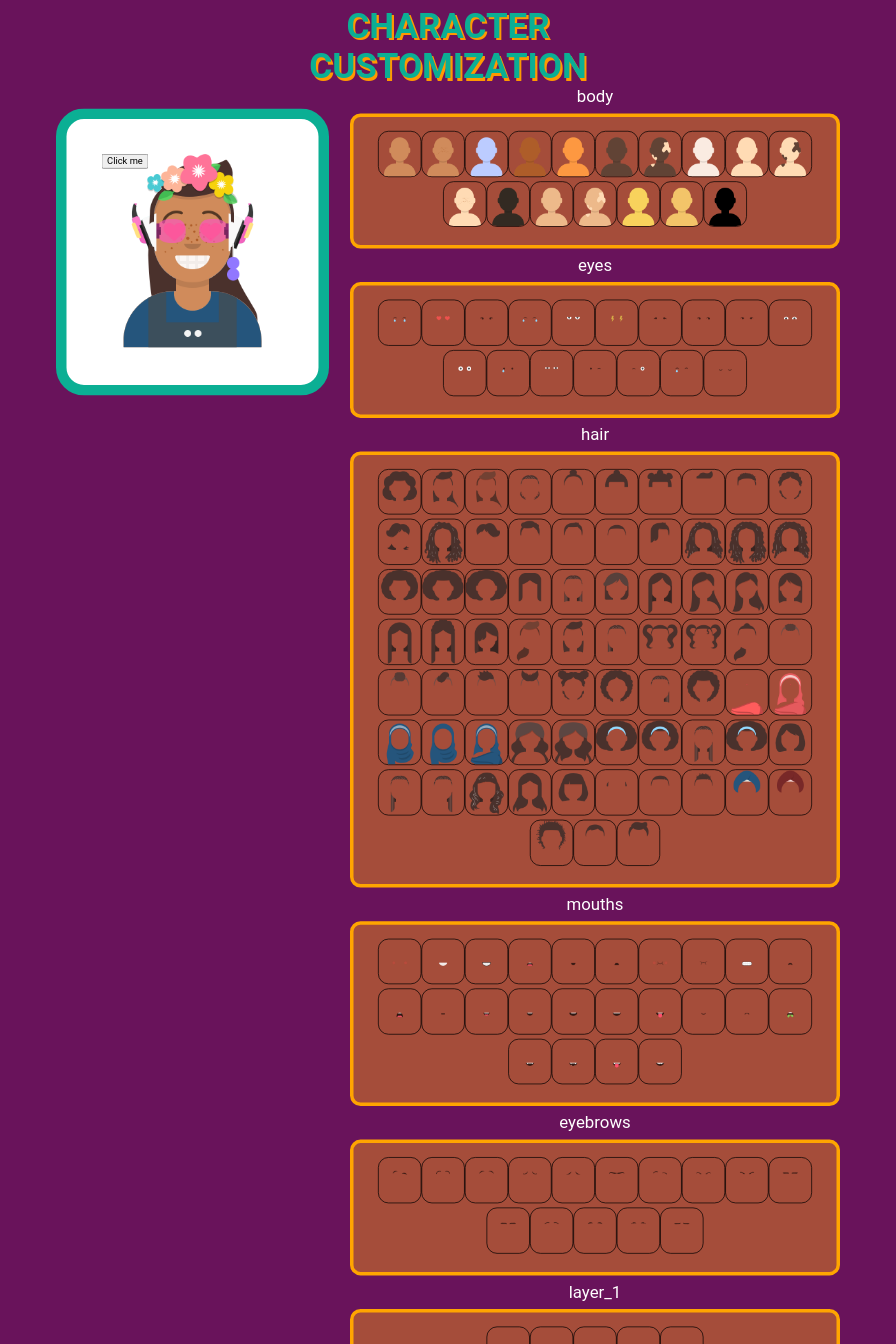
Repository: Kamaric112/react_clothing
Page: /
The author's editor kept a copy of each file at every save. The page is drawn from the files as they stood at one save, then again after the next save.
The browser window is 1280 px wide. The pictures show the part of the page from y = 0 to 1920 px (the page is 3287 px tall), at 70% of full size.
The project was rebuilt for these pictures with package versions that can differ from the ones it lists, and the page was loaded fresh each time.

Above is the page before, as saved 2022-08-29 21:05:48.

### src/index.js
import React from "react";
import ReactDOM from "react-dom/client";
import App from "./components/App";

const root = ReactDOM.createRoot(document.getElementById("root"));

root.render(<App />);

### src/components/App.js
import React from "react";
import Header from "./Header";
import "./App.css";
import Avatar from "./Avatar";
import PartList from "./PartList";
import {useState} from "react"

const total = {
  body: 17,
  eyes: 17,
  hair: 73,
  mouths: 24,
  eyebrows: 15,
  hats: 28,
  glasses: 17,
  clothing1: 5,
  clothing2: 5,
  clothing3: 9,
};

function App() {


const [eyes, setEyes] = useState(2)
const [body, setBody] = useState(2)
const [layer_1, setLayer_1] = useState(2)
const [layer_2, setLayer_2] = useState(2)
const [layer_3, setLayer_3] = useState(2)
const [mouths, setMouths] = useState(2)
const [glasses, setGlasses] = useState(2)
const [hair, setHair] = useState(2)
const [eyebrows, setEyebrows] = useState(2)

const [earrings, setEarrings] = useState(2)
const [hats, setHats] = useState(2)
const randomize = () => {
    setBody(Math.floor((Math.random() * total.body )+1));
		setEyes(Math.floor((Math.random() * total.eyes)+1));
		setEyebrows(Math.floor((Math.random() * total.eyebrows)+1));
		setHair(Math.floor((Math.random() * total.hair)+1));
		setMouths(Math.floor((Math.random() * total.mouths)+1));
		setGlasses(Math.floor((Math.random() * total.glasses)+1));
		setLayer_1(Math.floor((Math.random() * total.clothing1)+1));
		setLayer_2(Math.floor((Math.random() * total.clothing2)+1));
		setLayer_3(Math.floor((Math.random() * total.clothing3)+1));
    setHats(Math.floor((Math.random() * total.hats)+1));

}




const handleClick = (e) => {
  console.log(e.target.src) //change states when clicked corresponding clothing
  const imageUrl = e.target.src
  console.log(imageUrl.split('/').pop().split('.')[0]) // split the src based on "/" then remove the last element, then split that element based on "." then choose the 1st element
}



  return (
    <div className="App">
      <Header />
      <div className="total-style">
        <Avatar eyes = {eyes} body = {body} layer_1 = {layer_1} layer_2 = {layer_2} layer_3 ={layer_3} mouths = {mouths} glasses = {glasses} hair = {hair} earrings = {earrings} hats = {hats} eyebrows= {eyebrows} randomize = {randomize}/>


        <div>
        <PartList type = "body" total ="17" index = "1" handleClick={(e) => setBody(e.target.src.split('/').pop().split('.')[0])} />
        <PartList type = "eyes" total ="17" index = "1" handleClick={(e) => setEyes(e.target.src.split('/').pop().split('.')[0])}/>
        <PartList type = "hair" total ="73" index = "1" handleClick={(e) => setHair(e.target.src.split('/').pop().split('.')[0])}/>
        <PartList type = "mouths" total ="24" index = "1" handleClick={(e) => setMouths(e.target.src.split('/').pop().split('.')[0])}/>
        <PartList type = "eyebrows" total ="15" index = "1" handleClick={(e) => setEyebrows(e.target.src.split('/').pop().split('.')[0])}/>
        <PartList type = "layer_1" total ="5" index = "1" handleClick={(e) => setLayer_1(e.target.src.split('/').pop().split('.')[0])}/>
        <PartList type = "layer_2" total ="5" index = "1" handleClick={(e) => setLayer_2(e.target.src.split('/').pop().split('.')[0])}/>
        <PartList type = "layer_3" total ="9" index = "1" handleClick={(e) => setLayer_3(e.target.src.split('/').pop().split('.')[0])}/>
        <PartList type = "earrings" total ="32" index = "1" handleClick={(e) => setEarrings(e.target.src.split('/').pop().split('.')[0])}/>
        <PartList type = "hats" total ="28" index = "1" handleClick={(e) => setHats(e.target.src.split('/').pop().split('.')[0])} />
        <PartList type = "glasses" total ="17" index = "1" handleClick={(e) => setGlasses(e.target.src.split('/').pop().split('.')[0])}/>

        </div>


      </div>
    </div>
  );
}

export default App;

### src/components/Header.js
import React from "react";

function Header() {
  return (
    <>
      <div className="title">CHARACTER</div>
      <div className="subtitle">CUSTOMIZATION</div>
    </>
  );
}

export default Header;

### src/components/App.css
*,
*::after,
*::before {
  box-sizing: content-box;
  font-family: "Roboto", sans-serif;
}

body {
	background-color: rgb(105, 19, 91);
}

.App {
	max-width: 1200px;
	margin: 0 auto;
	display: flex;
	flex-direction: column;
	align-items: center;
}

.subtitle,
.title {
  text-align: center;
}

.title,
.subtitle {
  color: #0baf94;
  font-size: 50px;
  font-weight: 700;
  text-shadow: 3px 3px #f90;
}

.total-style {
  display: flex;

  justify-content: center;
  gap: 30px;
}

.avatar {
	width: 260px;
	height: 280px;
	position: relative;
}

.avatar-wrapper {
	border-radius: 40px;
	display: inline-block;
	border: 15px solid rgb(11, 175, 148);
	padding: 50px;
	position: sticky;
	background-color: #fff;
	top: calc(50% - 205px);
}

.list-section {
  max-width: 700px;
  text-align: center;
}

.partlist {
  display: flex;
  flex-direction: column;

}

.partlist div {
  color: white;
  font-size: 1.5rem;
}
.list {
  gap: 1rem;
  background-color: rgba(255,166,9,.4);
  border: 5px solid orange;
  border-radius: 15px;
  flex-wrap: wrap;
  margin: 10px 0;
  padding: 20px;
}

.list img {
  border: 1px solid black;
  border-radius: 15px
}

.list img:hover {
  background-color: #798885;
}

### src/components/Avatar.js
import React from 'react'
import Part from './Part'

function Avatar({eyes,body,layer_1,layer_2,layer_3,mouths,glasses,hair,earrings,hats,eyebrows,randomize}) {
  return (
    <div>
      <div className="avatar-wrapper">
        <div className="avatar">
          <Part type="body" position="0" index = {body}/>
          <Part type="layer_1" position="1" index = {layer_1}/>
          <Part type="layer_2" position="1" index = {layer_2}/>
          <Part type="layer_3" position="1" index = {layer_3}/>
          <Part type="mouths" position="2" index = {mouths}/>
          <Part type="noses" position="2" index = "1"/>
          <Part type="eyes" position="2" index = {eyes}/>
          <Part type="glasses" position="3" index = {glasses}/>
          <Part type="hair" position="3" index = {hair}/>
          <Part type="earrings" position="3" index = {earrings}/>
          <Part type="hats" position="4" index = {hats}/>
          <Part type="eyebrows" position="2" index = {eyebrows}/>
          <button onClick={randomize}>Click me </button>



        </div>
      </div>
    </div>
  )
}

export default Avatar

### src/components/PartList.js
import React from 'react'


function PartList({type,index,total,handleClick}) {

  let parts=[]
  const accessories = ["hats","glasses","earrings"]
  const clothing = ["layer_1","layer_2","layer_3"]



  for (index;index<= total; index++) {
    if ( accessories.includes(type)) {
      parts.push( <img key= {index} src={`character/accessories/${type}/${index}.png`} width="60px" onClick= {handleClick} alt= {type}/>)
    } else if ( clothing.includes(type)) {
      parts.push( <img key= {index} src={`character/clothes/${type}/${index}.png`} width="60px" onClick={handleClick} alt= {type}/>)
    }
    else {
      parts.push( <img key= {index} src={`character/${type}/${index}.png`} width="60px" onClick={handleClick} alt= {type}/>)
    }
  }


  return (
      <div className="list-section">
        <div className="partlist">
          <div>{type}</div>
          <div className="list">
            {parts}
          </div>
        </div>
      </div>
  )
}

export default PartList

### src/components/Part.js
import React from 'react'

function Part({type,position,index}) {

  const accessories = ["hats","glasses","earrings"]
  const clothing = ["layer_1","layer_2","layer_3"]

  const commonStyle = {
    position: "absolute",
    width: "260px",
    zIndex: `${position}`
  }
  if ( accessories.includes(type)) {
    return (<img src={`character/accessories/${type}/${index}.png`}  alt={`${type}`}  style= {commonStyle}/>)
  } else if ( clothing.includes(type)) {
  return (<img src={`character/clothes/${type}/${index}.png`}  alt={`${type}`}  style= {commonStyle}/>)
  } else if (type ==="noses") {
    return (<img src={`character/${type}/1.png`} alt={`${type}`} style= {commonStyle}/>)
  } else {
    return (<img src={`character/${type}/${index}.png`}  alt={`${type}`} style= {commonStyle}/>)
  }
}
export default Part

Loaded but not shown: public/index.html (common file)

After the next save:
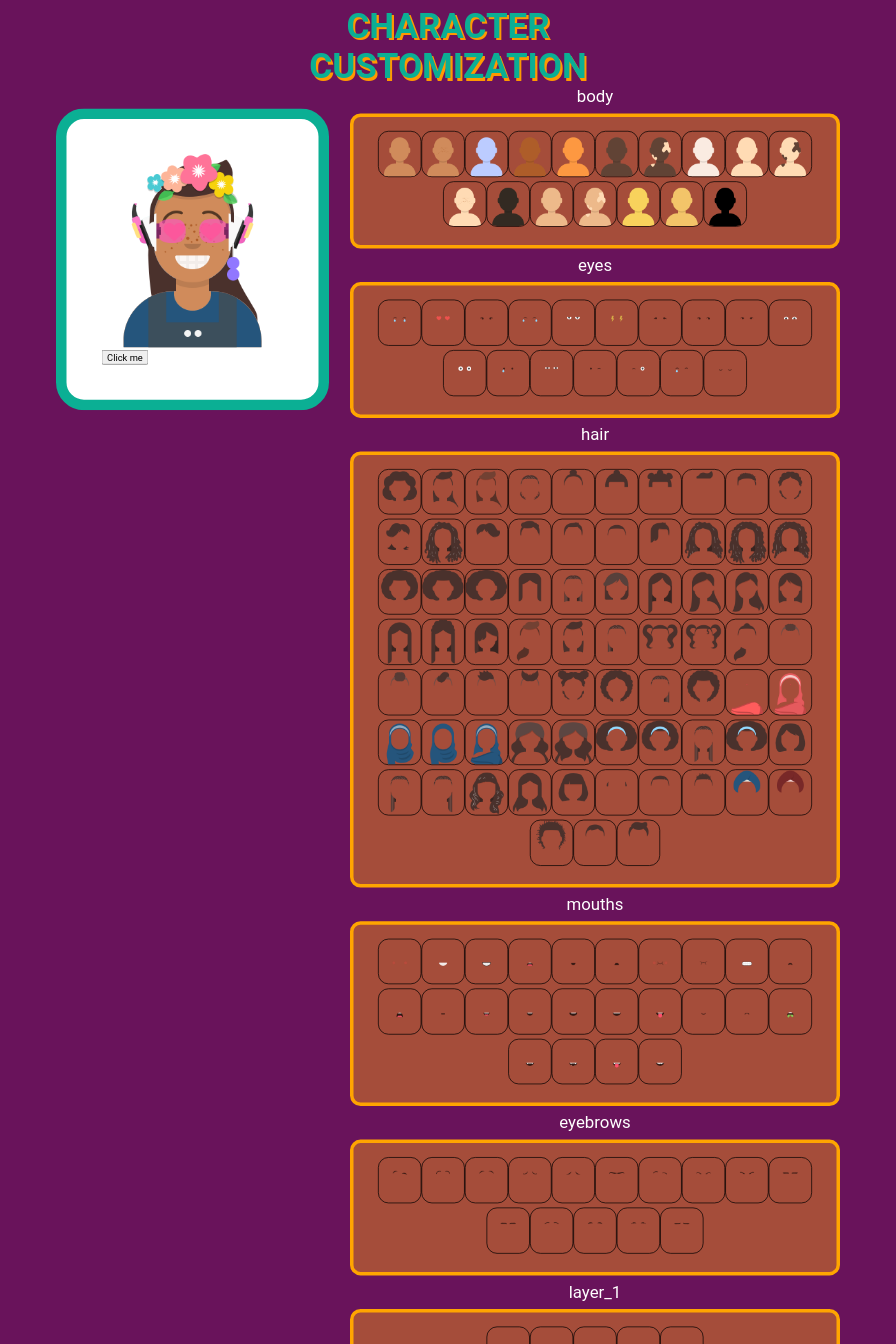
Saved 24 s later.
--- a/src/components/Avatar.js
+++ b/src/components/Avatar.js
@@ -18,11 +18,12 @@ function Avatar({eyes,body,layer_1,layer_2,layer_3,mouths,glasses,hair,earrings,
           <Part type="earrings" position="3" index = {earrings}/>
           <Part type="hats" position="4" index = {hats}/>
           <Part type="eyebrows" position="2" index = {eyebrows}/>
-          <button onClick={randomize}>Click me </button>
 
 
 
         </div>
+        <button onClick={randomize}>Click me </button>
+
       </div>
     </div>
   )
